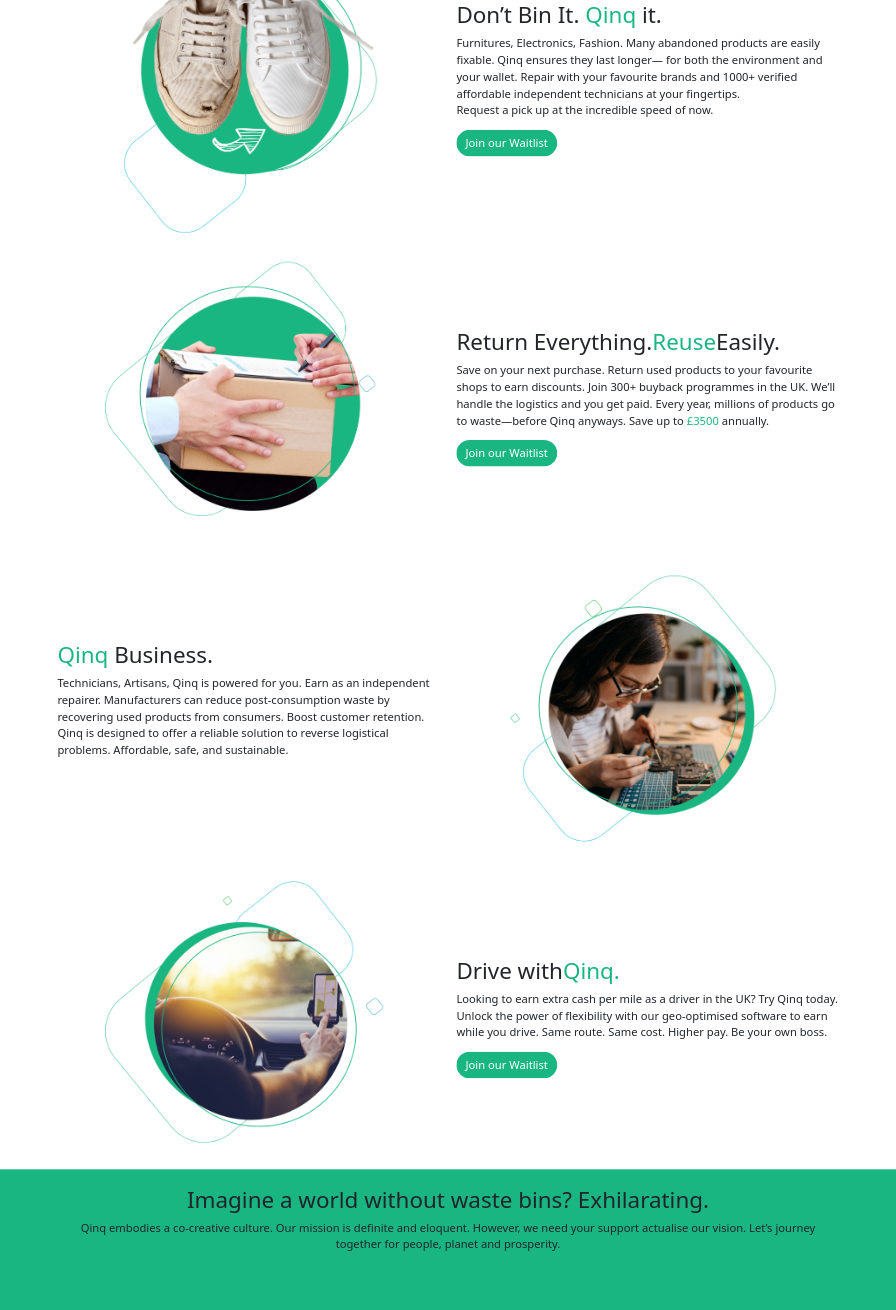
Repository: HelloQinq2023/qinq.github.io
Page: index.html
These files come from the project's save history. The page is drawn as it stood at one moment and after the next save; the edit follows.
The browser window is 1280 px wide. The pictures show the part of the page from y = 668 to 2588 px (the page is 2540 px tall before and 2588 px after), at 70% of full size.

Above is the page before, as saved 2023-02-22 16:47:41.

### index.html
<!doctype html>
<html lang="en">
  <head>
    <meta charset="utf-8">
    <meta name="viewport" content="width=device-width, initial-scale=1">
    <title>Qinq</title>
    <link href="https://cdn.jsdelivr.net/npm/bootstrap@5.3.0-alpha1/dist/css/bootstrap.min.css" rel="stylesheet" integrity="sha384-GLhlTQ8iRABdZLl6O3oVMWSktQOp6b7In1Zl3/Jr59b6EGGoI1aFkw7cmDA6j6gD" crossorigin="anonymous">
    <link rel="stylesheet" type="text/css" href="css/style.css" />
  </head>
  <body>
    <nav class="navbar navbar-expand-lg bg-body-tertiary">
        <div class="container">
          <a class="navbar-brand" href="#"><img src="images/logo.png" class="w-50"></a>
          <button class="navbar-toggler" type="button" data-bs-toggle="collapse" data-bs-target="#navbarNav" aria-controls="navbarNav" aria-expanded="false" aria-label="Toggle navigation">
            <span class="navbar-toggler-icon"></span>
          </button>
          <div class="collapse navbar-collapse" id="navbarNav">
            <ul class="navbar-nav ms-auto">
              <li class="nav-item">
                <a class="nav-link active" aria-current="page" href="#">Home</a>
              </li>
              <li class="nav-item">
                <a class="nav-link" href="#">About</a>
              </li>
              <li class="nav-item">
                <a class="nav-link" href="#">Features</a>
              </li>
            </ul>
          </div>
        </div>
      </nav>

      <section id="about">
        <div class="container py-3 mt-2">
            <div class="row">
                <div class="col-md-6 d-flex justify-content-center align-items-center">
                    <img src="images/about1.png" class="w-75 img-fluid img-responsive img">
                </div>
                <div class="col-md-6 d-flex justify-content-center align-items-center">
                    <div>
                        <h2>About<span class="green">Qinq</span></h2>
                        <p>Qinq extends your favourite products’ lifespans with the magic of now.
                            Originating from “kink” meaning “a sharp curve in something that is otherwise straight”. Similarly, Qinq closes the product use loops—repair and reuse easily. Endless possibilities to earn, save and share.</p>
                    </div>
                </div>
            </div>
        </div>

        <div class="container py-3 mt-2">
            <div class="row">
                <div class="col-md-6 d-flex justify-content-center align-items-center order-sm-2">
                    <div>
                        <h2>Don’t Bin It. <span class="green">Qinq</span> it.</h2>
                        <p>Furnitures, Electronics, Fashion.
                            Many abandoned products are easily fixable. Qinq ensures they last longer— for both the environment and your wallet.
                            Repair with your favourite brands and 1000+ verified affordable independent technicians at your fingertips.
                            <br>
                            Request a pick up at the incredible speed of now.</p>
                            <button class="btn greenbg text-white rounded-pill"> Join our Waitlist</button>
                    </div>
                </div>
                <div class="col-md-6 d-flex justify-content-center align-items-center">
                    <img src="images/about2.png" class="w-75 img-fluid img-responsive img">
                </div>
            </div>

        </div>
      </section>

      <section id="features">
        <div class="container py-3 mt-2">
            <div class="row">
                <div class="col-md-6 d-flex justify-content-center align-items-center">
                    <img src="images/features.png" class="w-75 img-fluid img-responsive img">
                </div>
                <div class="col-md-6 d-flex justify-content-center align-items-center">
                    <div>
                        <h2>Return Everything.<span class="green">Reuse</span>Easily.</h2>
                        <p>Save on your next purchase. Return used products to your favourite shops to earn discounts. Join 300+ buyback programmes in the UK. We’ll handle the logistics and you get paid.
                            Every year, millions of products go to waste—before Qinq anyways. Save up to <span class="green">£3500</span> annually.</p>

                            <button class="btn greenbg text-white rounded-pill"> Join our Waitlist</button>
                    </div>
                </div>
            </div>
        </div>

        <div class="container py-3 mt-2">
            <div class="row">
                <div class="col-md-6 d-flex justify-content-center align-items-center">
                    <div>
                        <h2><span class="green">Qinq</span> Business.</h2>
                        <p>Technicians, Artisans, Qinq is powered for you. Earn as an independent repairer.
                            Manufacturers can reduce post-consumption waste by recovering used products from consumers. Boost customer retention. Qinq is designed to offer a reliable solution to reverse logistical problems. Affordable, safe, and sustainable.</p>
                    </div>
                </div>
                <div class="col-md-6 d-flex justify-content-center align-items-center">
                    <img src="images/features1.png" class="w-75 img-fluid img-responsive img">
                </div>
            </div>

        </div>


        <div class="container py-3 mt-2">
            <div class="row">
                <div class="col-md-6 d-flex justify-content-center align-items-center">
                    <img src="images/features2.png" class="w-75 img-fluid img-responsive img">
                </div>
                <div class="col-md-6 d-flex justify-content-center align-items-center">
                    <div>
                        <h2>Drive with<span class="green">Qinq.</span></h2>
                        <p>Looking to earn extra cash per mile as a driver in the UK? Try Qinq today.
                            Unlock the power of flexibility with our geo-optimised software to earn while you drive.
                            Same route. Same cost. Higher pay. Be your own boss.</p>

                            <button class="btn greenbg text-white rounded-pill"> Join our Waitlist</button>
                    </div>
                </div>
            </div>
        </div>
      </section>

      <section id="imagine" style="background-image:url('images/footerbg.png')">
        <div class="py-4 container text-center">
            <h2>Imagine a world without waste bins? Exhilarating.</h2>
            <p>Qinq embodies a co-creative culture.
                Our mission is definite and eloquent. However, we need your support actualise our vision. Let’s journey together for people, planet and prosperity.</p>
                <button class="btn btn-white green rounded-pill p-2">Lend your Support</button>
        </div>
      </section>
    <script src="https://cdn.jsdelivr.net/npm/bootstrap@5.3.0-alpha1/dist/js/bootstrap.bundle.min.js" integrity="sha384-w76AqPfDkMBDXo30jS1Sgez6pr3x5MlQ1ZAGC+nuZB+EYdgRZgiwxhTBTkF7CXvN" crossorigin="anonymous"></script>
  </body>
</html>

### css/style.css
.green{
    color:#1ab682
}

.greenbg{
    background-color: #1ab682;
}

.footerbg{
    background:url("images/footerbg.png");
}

After the next save:
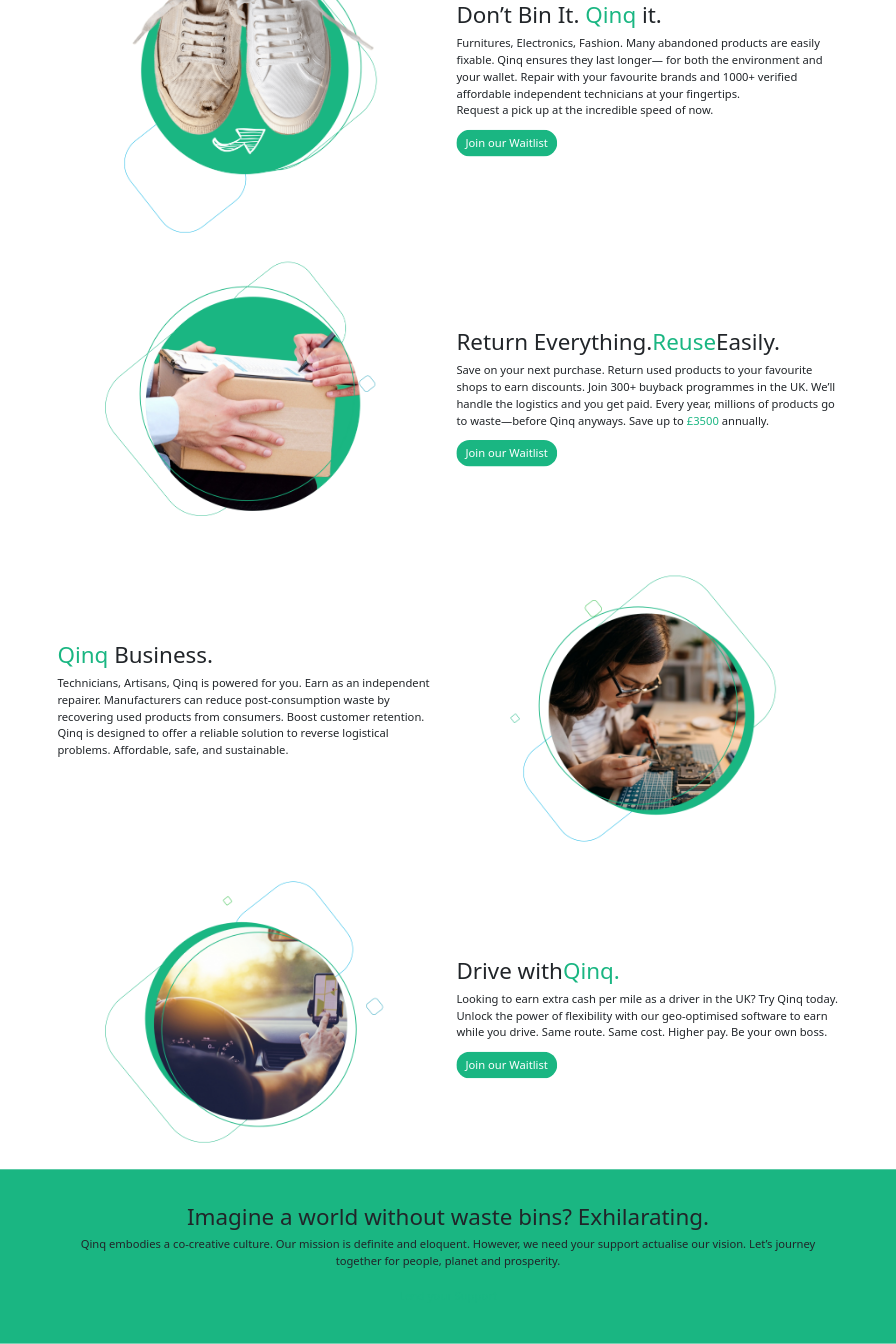
Saved 30 s later.
--- a/index.html
+++ b/index.html
@@ -121,7 +121,7 @@
         </div>
       </section>
 
-      <section id="imagine" style="background-image:url('images/footerbg.png')">
+      <section id="imagine" class="py-4" style="background-image:url('images/footerbg.png')">
         <div class="py-4 container text-center">
             <h2>Imagine a world without waste bins? Exhilarating.</h2>
             <p>Qinq embodies a co-creative culture.
